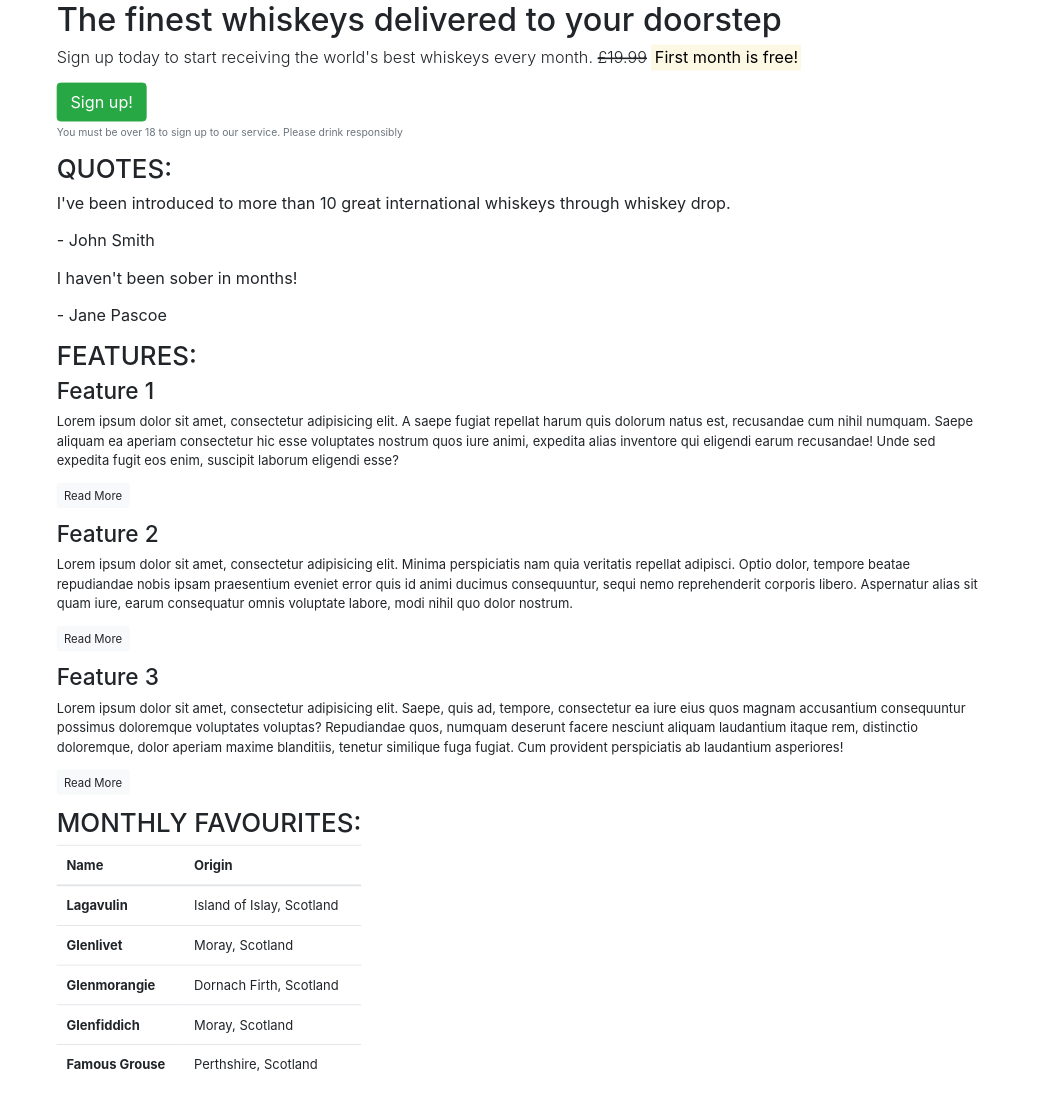
Repository: LouWills/WhiskeyDrop-bootstrap
Page: index.html
The author's editor kept a record of every edit. The page is drawn from the files as they stood at one moment, then again after the next edit.
The browser window is 1280 px wide. The pictures show the whole page, at 81% of full size.

Above is the page before.
Console error: TypeError: Cannot read properties of undefined (reading 'fn')

After the next edit:
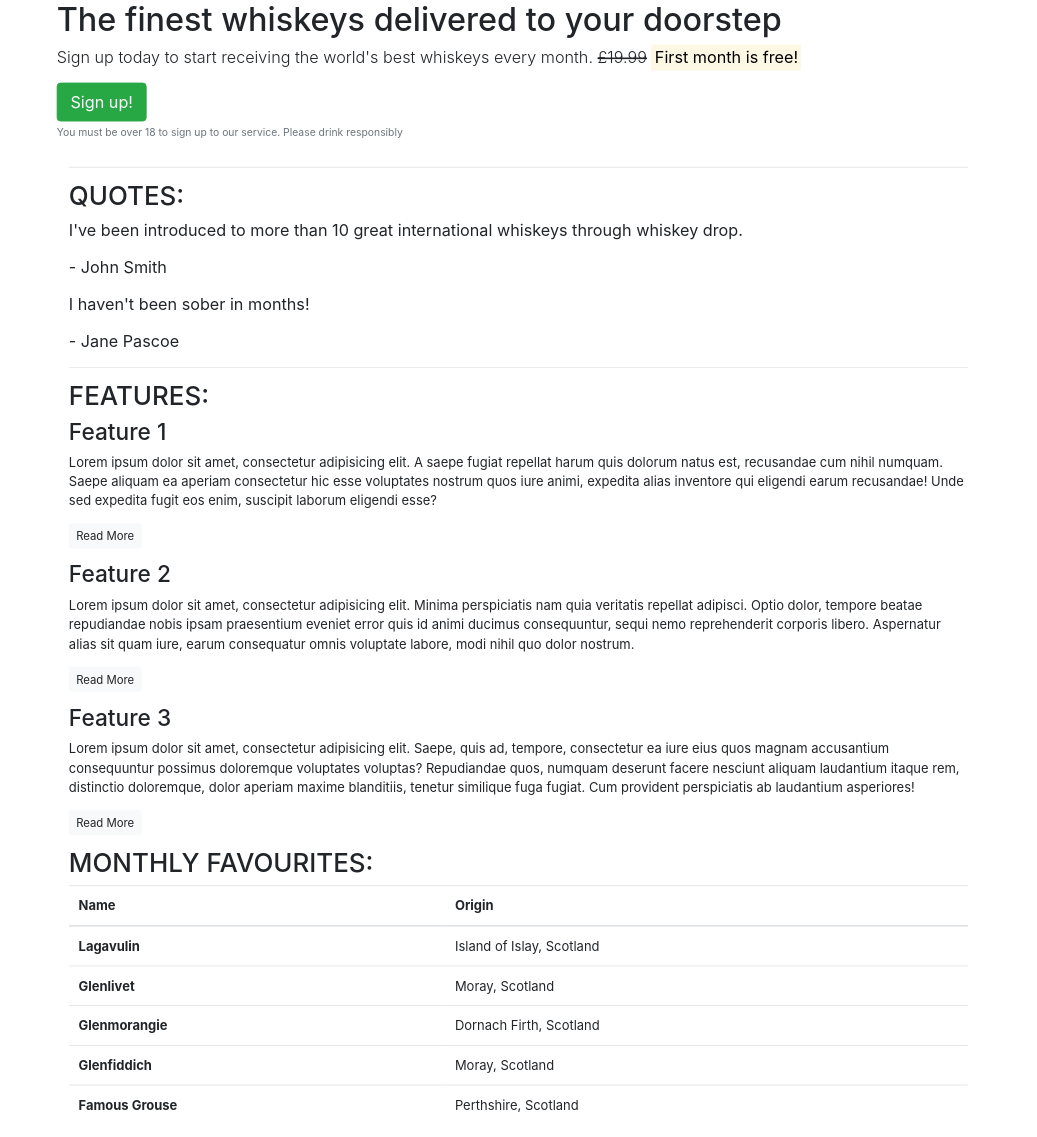
The edit:
--- a/index.html
+++ b/index.html
@@ -14,12 +14,13 @@
    <article class="container">
        <!--callout-->
        <div class="row">
-       <section class="callout">
-           <h1>The finest whiskeys delivered to your doorstep</h1>
-           <p class="lead">Sign up today to start receiving the world's best whiskeys every month. <s>£19.99</s> <strong><mark>First month is free!</mark></strong></p>
-            <button class="btn btn-success btn-lg btn-tablet">Sign up!</button>
-           <p class="text-muted"><small>You must be over 18 to sign up to our service. Please drink responsibly</small></p>
-       </section>
+           <section class="callout">
+               <h1>The finest whiskeys delivered to your doorstep</h1>
+               <p class="lead">Sign up today to start receiving the world's best whiskeys every month. <s>£19.99</s> <strong><mark>First month is free!</mark></strong></p>
+                <button class="btn btn-success btn-lg btn-tablet">Sign up!</button>
+               <p class="text-muted"><small>You must be over 18 to sign up to our service. Please drink responsibly</small></p>
+           </section>
+       </div>
        <!--/.callout-->
        <hr>
 
